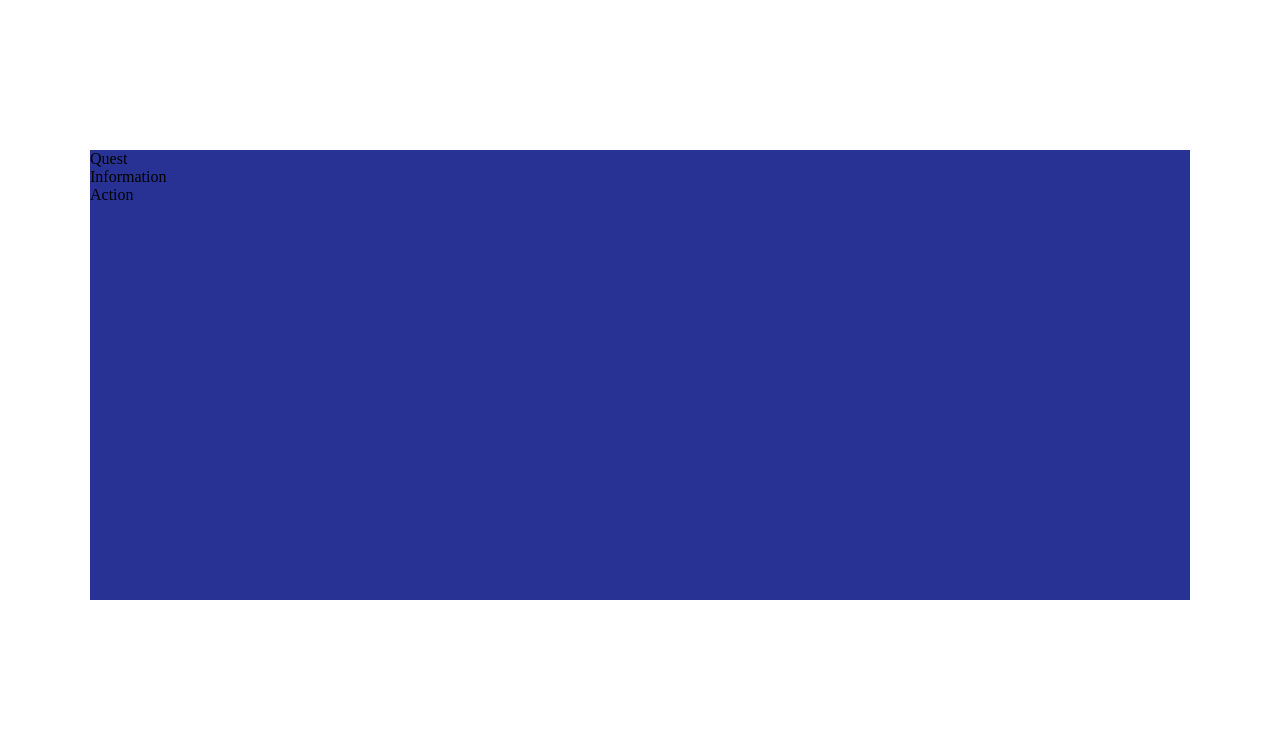
Repository: rahulnag7963/UBCHacks4.0
Page: /
These files come from the project's save history. The page is drawn as it stood at one moment and after the next save; the edit follows.
The browser window is 1280 px wide. The pictures show the whole page.
The project was rebuilt for these pictures with package versions that can differ from the ones it lists, and the page was loaded fresh each time.

Above is the page before, as saved 2022-11-26 02:36:53.

After the next save:
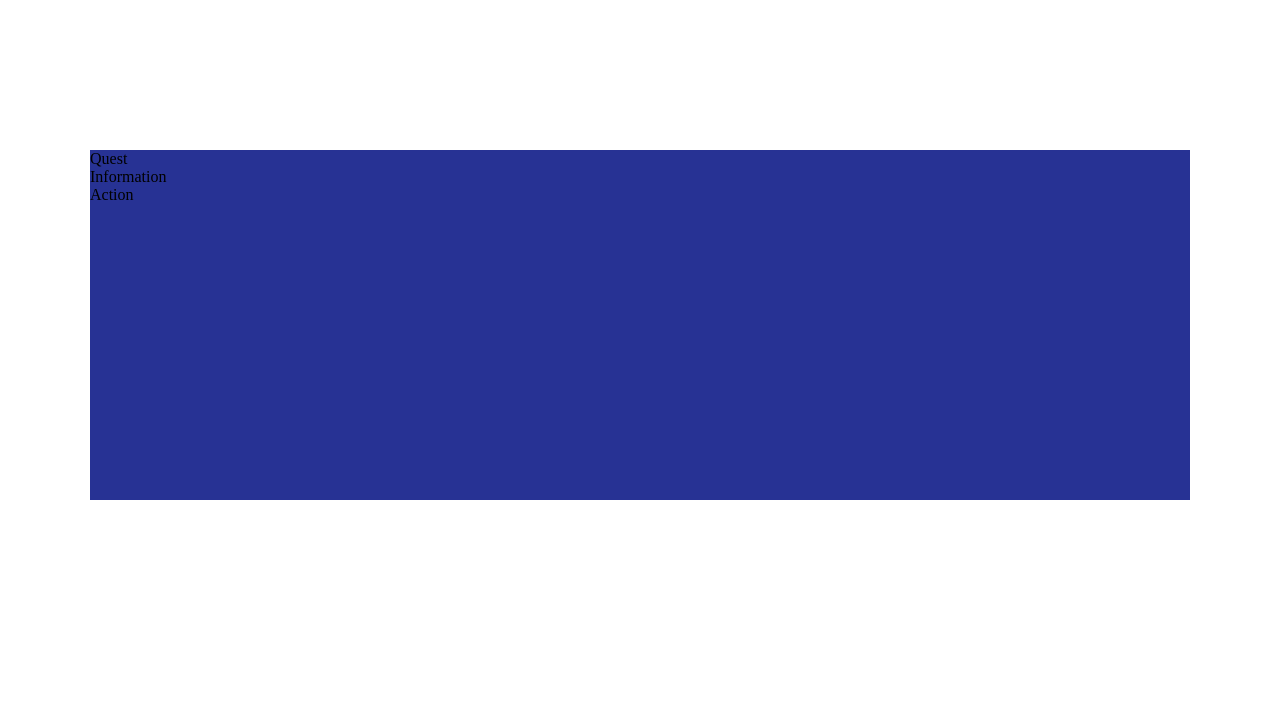
Saved 8 s later.
--- a/src/app.css
+++ b/src/app.css
@@ -1,5 +1,5 @@
 .app {
-    height: 450px;
+    height: 350px;
     width: 1100px;
     background-color: rgb(39, 50, 148);
     margin-left: auto;
